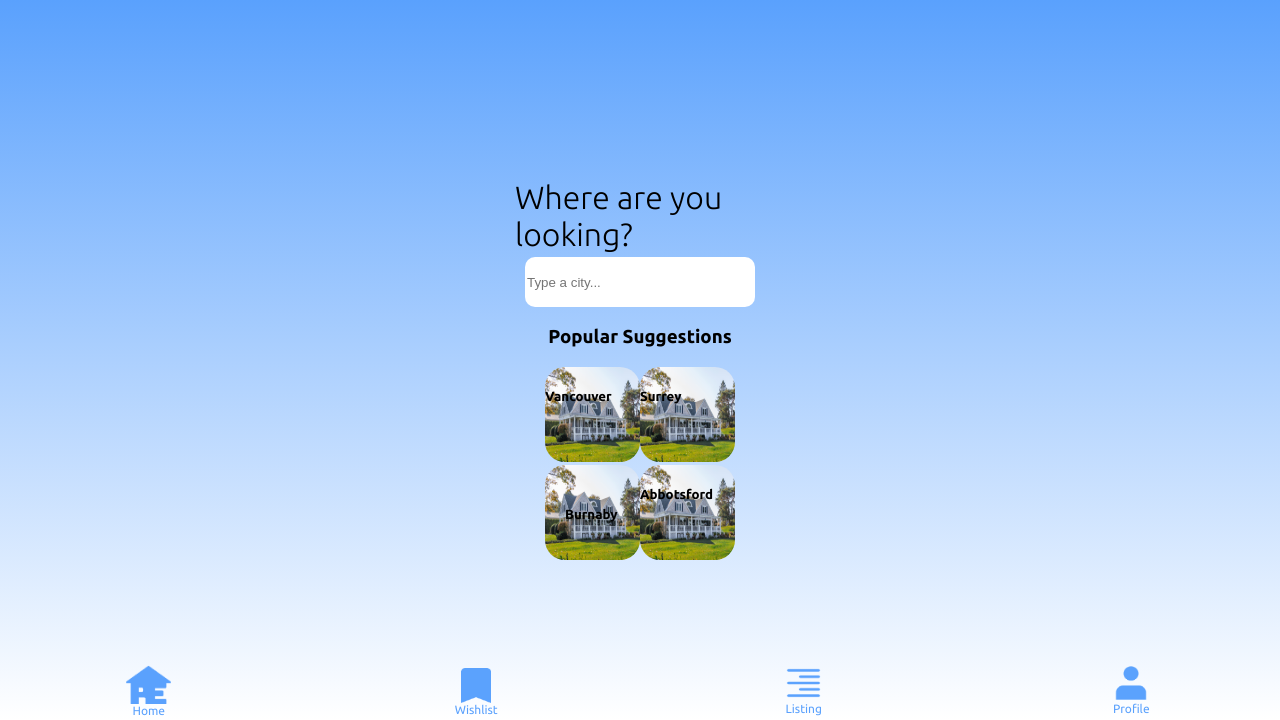
Repository: msyukurrr/realeasy
Page: /listing
An editor plug-in stored every save of this project. The page is shown before and after the next save, followed by the edit.
The browser window is 1280 px wide. The pictures show the whole page.
The project was rebuilt for these pictures with package versions that can differ from the ones it lists, and the page was loaded fresh each time. The framework's server and built-in components were replaced by stand-ins that run in the browser. Also part of the build but not shown: next.config.js, components/Button.js.

Above is the page before, as saved 2023-01-27 20:38:03.

### pages/listing.js
import Heading from "../components/Heading";
import NavBar from "../components/NavBar";
import styles from "../styles/Home.module.css"
import MainButton from "../components/Button.js";
import styled from "styled-components";



export default function Listing({

}){
    return(
        <><div className={styles.listing}>

        <Heading headingtxt="Where are you looking?"/>

        <input placeholder="Type a city..." style={{width:230, height:50, borderRadius:10, backgroundColor:"white", border:'transparent'}}></input>

        <h3>Popular Suggestions</h3>

    <div>

        <div style={{display:'flex', flexDirection:'row'}}>
            <div>
                <h5 style={{display:'flex', position:'absolute'}}>Vancouver</h5>
                <img src="house.png" style={{width:95, height:95, borderRadius:20}}/>

            </div>

            <div>
                <h5 style={{display:'flex', position:'absolute'}}>Surrey</h5>
                <img src="house.png" style={{width:95, height:95, borderRadius:20}}/>

            </div>
        </div>

        <div style={{display:'flex', flexDirection:'row'}}>
            <div>
                <h5 style={{display:'flex', position:'absolute', padding:20}}>Burnaby</h5>
                <img src="house.png" style={{width:95, height:95, borderRadius:20}}/>

            </div>

            <div>
                <h5 style={{display:'flex', position:'absolute'}}>Abbotsford</h5>
                <img src="house.png" style={{width:95, height:95, borderRadius:20}}/>

            </div>
        </div>

    </div>






        </div>
        <NavBar></NavBar>

        </>
    )
}

### styles/globals.css
@import url('https://fonts.googleapis.com/css2?family=Ubuntu:ital,wght@0,300;0,400;0,500;0,700;1,300;1,400;1,500;1,700&display=swap');

html,
body {
  padding: 0;
  margin: 0;
  font-family: "Ubuntu", sans-serif;
  background-color: #E6EEF8;
}

a {
  color: inherit;
  text-decoration: none;
}

* {
  box-sizing: border-box;
}

@media (prefers-color-scheme: dark) {
  html {
    color-scheme: dark;
  }
  body {
    color: white;
    background: E6EEF8;
  }
}

### components/Heading.js
import styled from "styled-components";

const Container = styled.div`
display: flex;
margin-left: 50px;
width: 300px;
height: 100px;

`

const Word = styled.h1`

color: ${props=>props.color};
font-weight: ${props=>props.fontweight};
`

export default function Heading({
    h1="Recommended by people around you",
    fw="300",
    color="#5AA1FD",
    headingtxt="Recommended by people around you"
}){
    return<>
    <Container>
    <Word fontweight={fw}
    >{headingtxt}</Word>
    </Container>
    </>
}

### components/NavBar.js
import styled from "styled-components";
import Link from "next/link";

const NavBarCont = styled.div`
position: fixed;
bottom: 0;
width: 100%;
`
const NavCont = styled.nav`
display: flex;
justify-content: space-around;
width: 100%;
background-color: transparent;
height: 60px;
`
const HomeCont = styled.div`
width: 50px;
height: 50px;
display:flex;
flex-direction: column;
justify-content: center;
align-items: center;
margin-top: ${props=>props.margintop};
`
const WishlistCont = styled.div`
width: 50px;
height: 50px;
display:flex;
flex-direction: column;
justify-content: center;
align-items: center;
margin-left: 30px;
margin-top: ${props=>props.margintop};
margin-bottom: ${props=>props.marginbottom};
`
const ListingCont = styled.div`
width: 50px;

display:flex;
flex-direction: column;
justify-content: center;
align-items: center;
margin-left: 30px;
margin-top: ${props=>props.margintop};
`
const ProfileCont = styled.div`
display:flex;
margin-left: 30px;
margin-top: ${props=>props.margintop};
`

const Icon = styled.img`
display: flex;
justify-content: center;
height: ${props=>props.height};
width: ${props=>props.width};
display: flex;
`

const NavList = styled.span`
display: flex;
align-self: center;
color: #5AA1FD;
font-size: 12px;
`


export default function NavBar({
    mt="5px",
    mb=""
}){
    return <NavBarCont>
    <NavCont>
        <Link href="/">
            <HomeCont margintop="6px">
                <Icon src='./logo.png' height="45px" width="45px"/>
                <NavList>Home</NavList>
            </HomeCont>
        </Link>
        <Link href="/wishlist">
            <WishlistCont margintop="7px">
                <Icon src='./wishlist.png' height="35px" width="30px"></Icon>
                <NavList>Wishlist</NavList>
            </WishlistCont>
        </Link>
        <Link href="/listing">
            <ListingCont margintop="4px">
                <Icon src='./listing.png' height="38px" width="45px"></Icon>
                <NavList>Listing</NavList>
            </ListingCont>
        </Link>
        <Link href="/profile">
            <ListingCont margintop="4px">
                <Icon src='./user.png' height="38px" width="40px"></Icon>
                <NavList>Profile</NavList>
            </ListingCont>
        </Link>
    </NavCont>
    </NavBarCont>
}

### styles/Home.module.css
.container {
  padding: 0 2rem;
}

.main {
  min-height: 100vh;
  padding: 4rem 0;
  flex: 1;
  display: flex;
  flex-direction: column;
  justify-content: center;
  align-items: center;
}


.listing {
  min-height: 100vh;
  padding: 4rem 0;
  flex: 1;
  display: flex;
  flex-direction: column;
  justify-content: center;
  align-items: center;
  background-image: linear-gradient(#5AA1FD, white);
}

.footer {
  display: flex;
  flex: 1;
  padding: 2rem 0;
  border-top: 1px solid #eaeaea;
  justify-content: center;
  align-items: center;
}

.footer a {
  display: flex;
  justify-content: center;
  align-items: center;
  flex-grow: 1;
}

.title a {
  color: #0070f3;
  text-decoration: none;
}

.title a:hover,
.title a:focus,
.title a:active {
  text-decoration: underline;
}

.title {
  margin: 0;
  line-height: 1.15;
  font-size: 4rem;
}

.title,
.description {
  text-align: center;
}

.description {
  margin: 4rem 0;
  line-height: 1.5;
  font-size: 1.5rem;
}

.code {
  background: #fafafa;
  border-radius: 5px;
  padding: 0.75rem;
  font-size: 1.1rem;
  font-family: Menlo, Monaco, Lucida Console, Liberation Mono, DejaVu Sans Mono,
    Bitstream Vera Sans Mono, Courier New, monospace;
}

.grid {
  display: flex;
  align-items: center;
  justify-content: center;
  flex-wrap: wrap;
  max-width: 800px;
}

.card {
  margin: 1rem;
  padding: 1.5rem;
  text-align: left;
  color: inherit;
  text-decoration: none;
  border: 1px solid #eaeaea;
  border-radius: 10px;
  transition: color 0.15s ease, border-color 0.15s ease;
  max-width: 300px;
}

.card:hover,
.card:focus,
.card:active {
  color: #0070f3;
  border-color: #0070f3;
}

.card h2 {
  margin: 0 0 1rem 0;
  font-size: 1.5rem;
}

.card p {
  margin: 0;
  font-size: 1.25rem;
  line-height: 1.5;
}

.logo {
  height: 1em;
  margin-left: 0.5rem;
}

@media (max-width: 600px) {
  .grid {
    width: 100%;
    flex-direction: column;
  }
}

@media (prefers-color-scheme: dark) {
  .card,
  .footer {
    border-color: #222;
  }
  .code {
    background: #111;
  }
  .logo img {
    filter: invert(1);
  }
}

Loaded but not shown: pages/_app.js (common file)

After the next save:
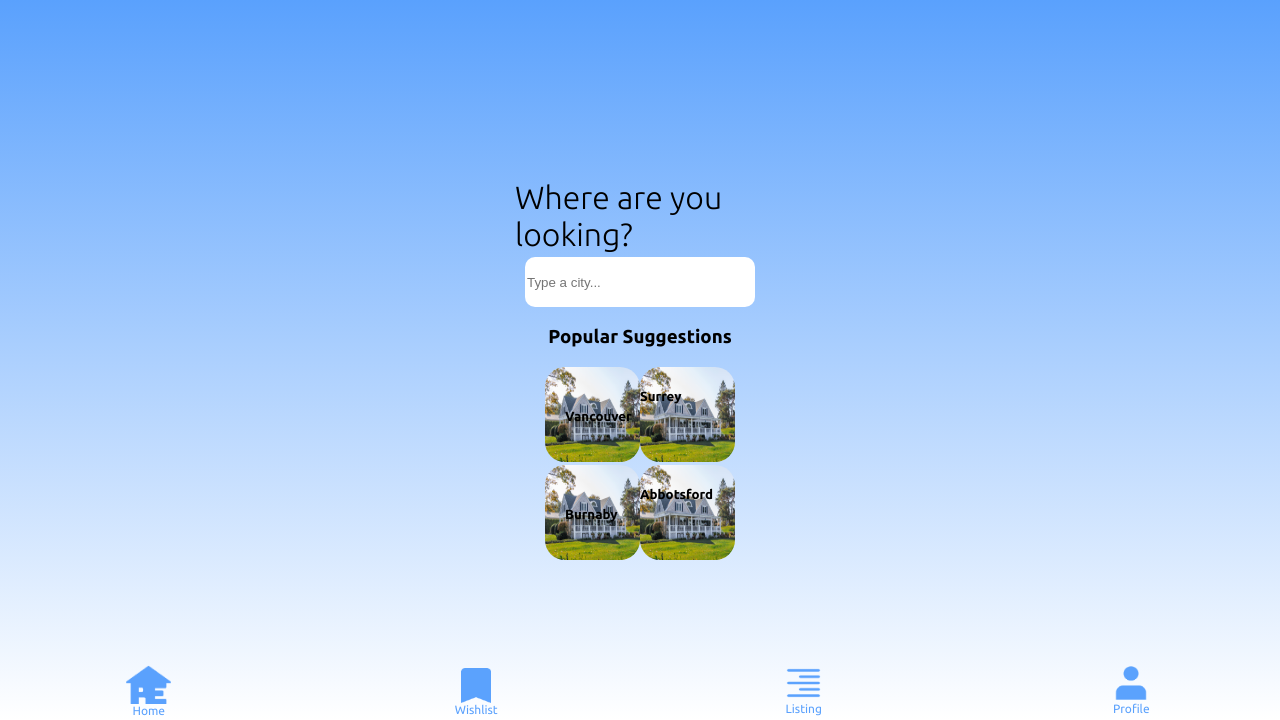
Saved 9 s later.
--- a/pages/listing.js
+++ b/pages/listing.js
@@ -22,7 +22,7 @@ export default function Listing({
 
         <div style={{display:'flex', flexDirection:'row'}}>
             <div>
-                <h5 style={{display:'flex', position:'absolute'}}>Vancouver</h5>
+                <h5 style={{display:'flex', position:'absolute', padding:20}}>Vancouver</h5>
                 <img src="house.png" style={{width:95, height:95, borderRadius:20}}/>
 
             </div>
